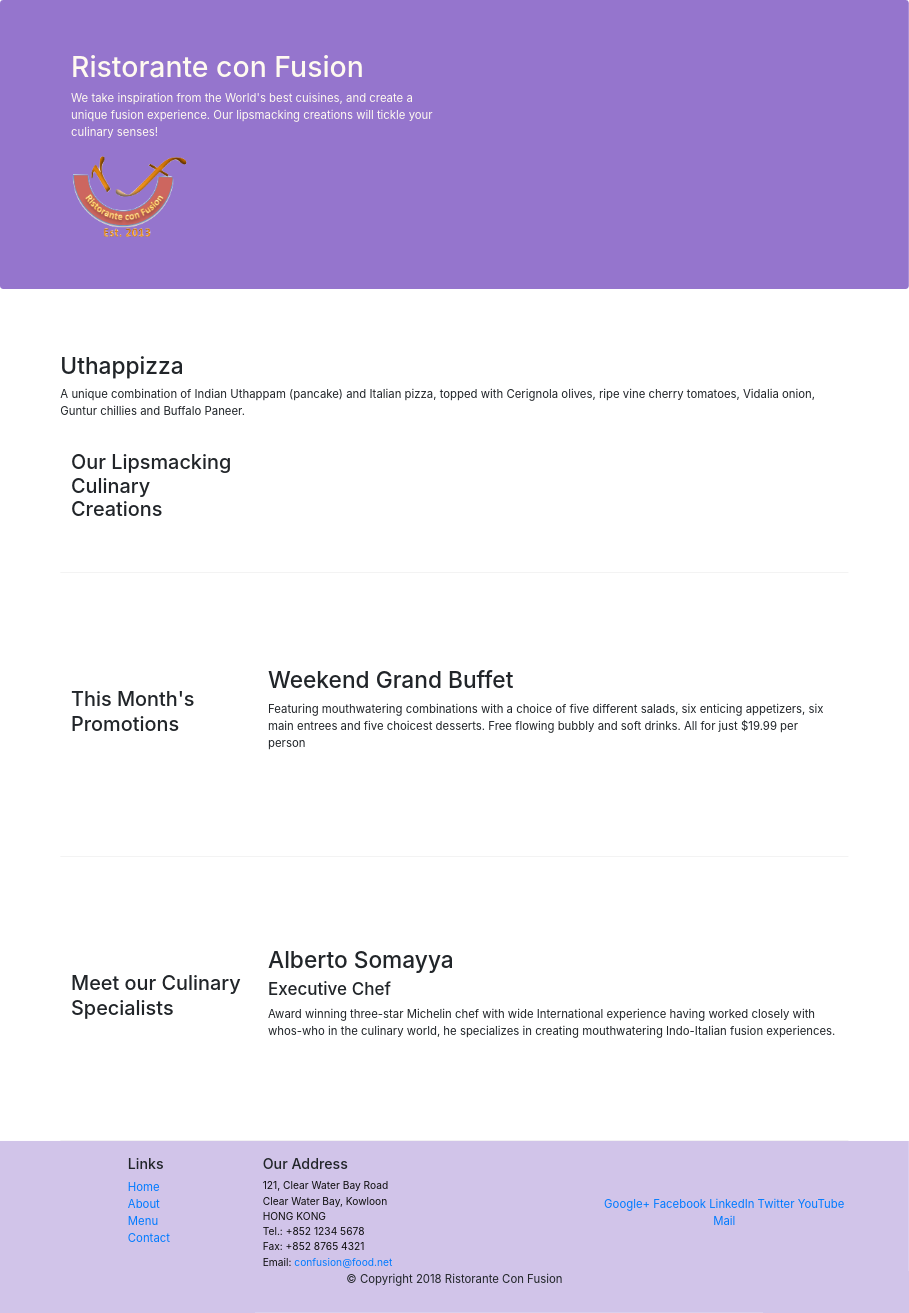
Repository: HwZau/conFusion
Page: index.html
These files come from the project's save history. The page is drawn as it stood at one moment and after the next save; the edit follows.
The browser window is 1280 px wide. The pictures show the whole page, at 71% of full size.

Above is the page before, as saved 2022-05-19 11:16:29.

After the next save:
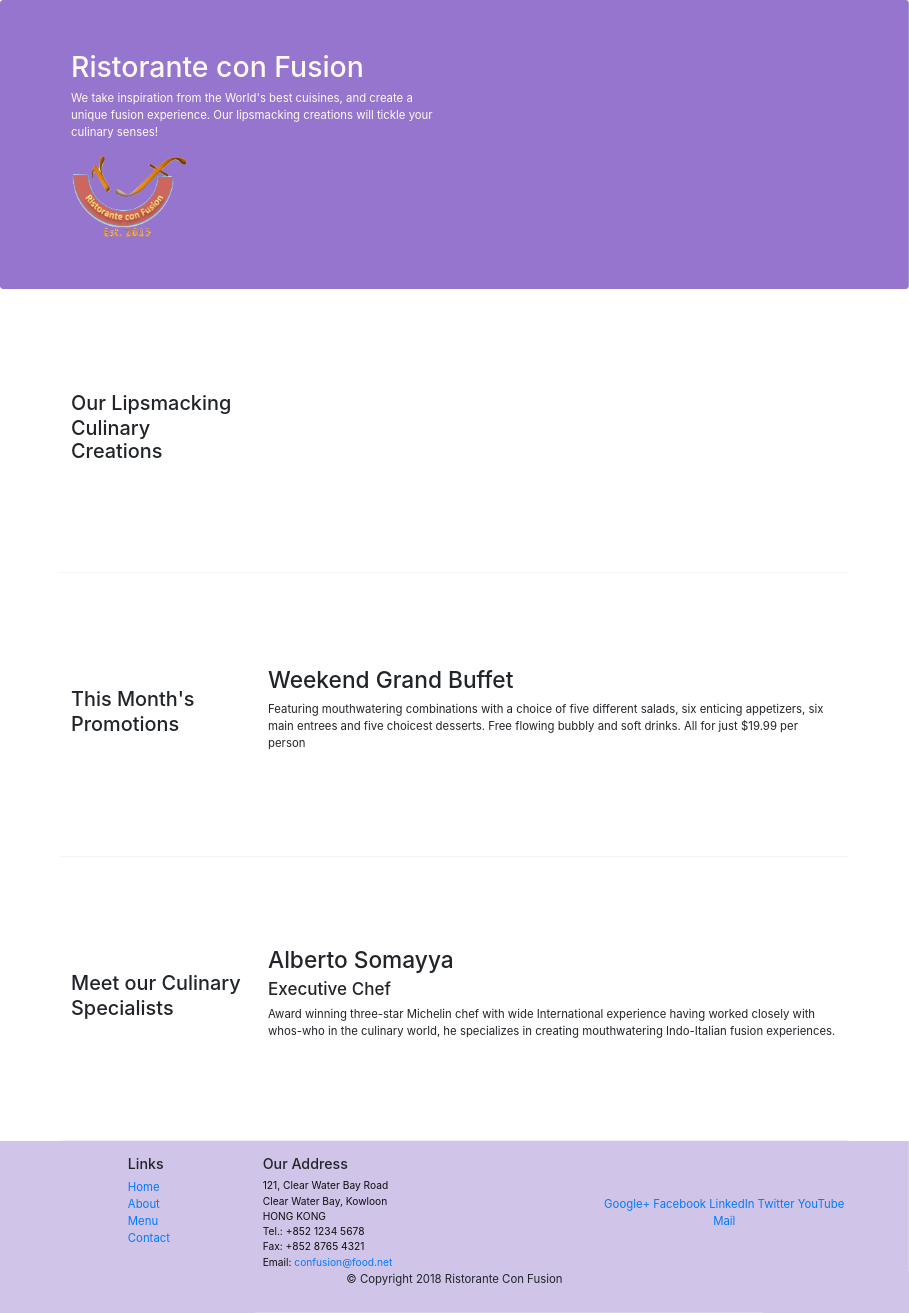
Saved 4 s later.
--- a/index.html
+++ b/index.html
@@ -40,14 +40,7 @@
         <div class="media">
 
         </div>
-        <div class="meadia-body">
-          <h2>Uthappizza</h2>
-          <p>
-            A unique combination of Indian Uthappam (pancake) and Italian pizza,
-            topped with Cerignola olives, ripe vine cherry tomatoes, Vidalia
-            onion, Guntur chillies and Buffalo Paneer.
-          </p>
-        </div>
+
         <div class="col-12 col-sm-4 col-md-3">
           <h3>Our Lipsmacking Culinary Creations</h3>
         </div>
